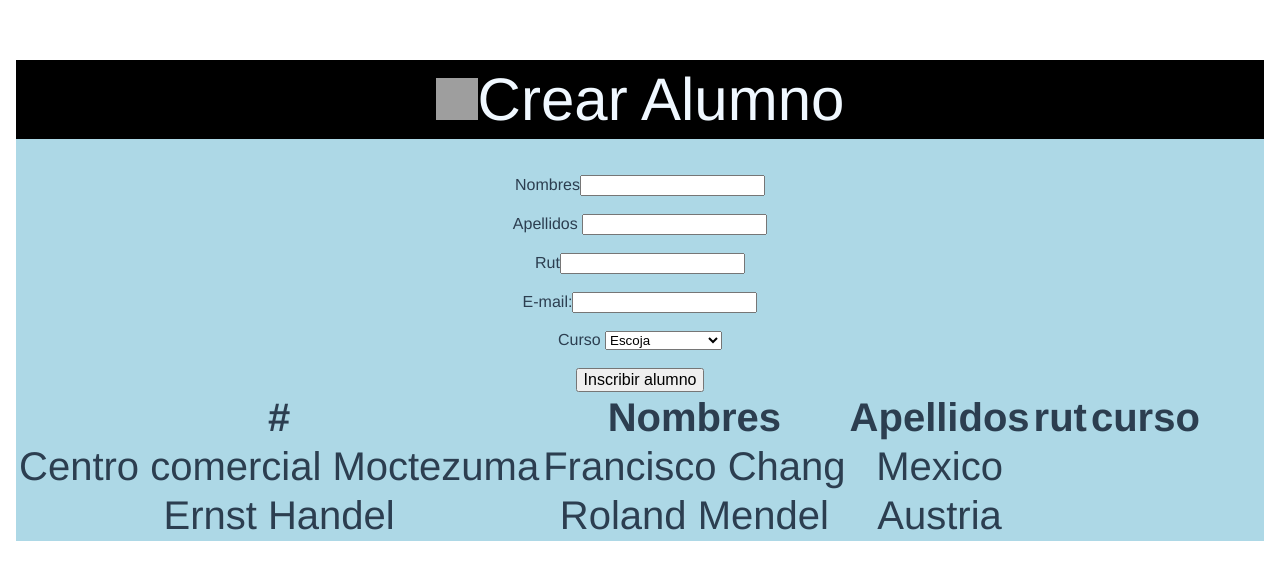
Repository: franciscamanquecheo/Tarea6ET
Page: / (app in my-project/)
These files come from the project's save history. The page is drawn as it stood at one moment and after the next save; the edit follows.
The browser window is 1280 px wide. The pictures show the whole page.
Pictures or frames that could not be fetched are drawn as grey boxes. The project was rebuilt for these pictures with package versions that can differ from the ones it lists, and the page was loaded fresh each time. Also part of the build but not shown: my-project/vue.config.js.

Above is the page before, as saved 2022-06-19 23:29:56.

After the next save:
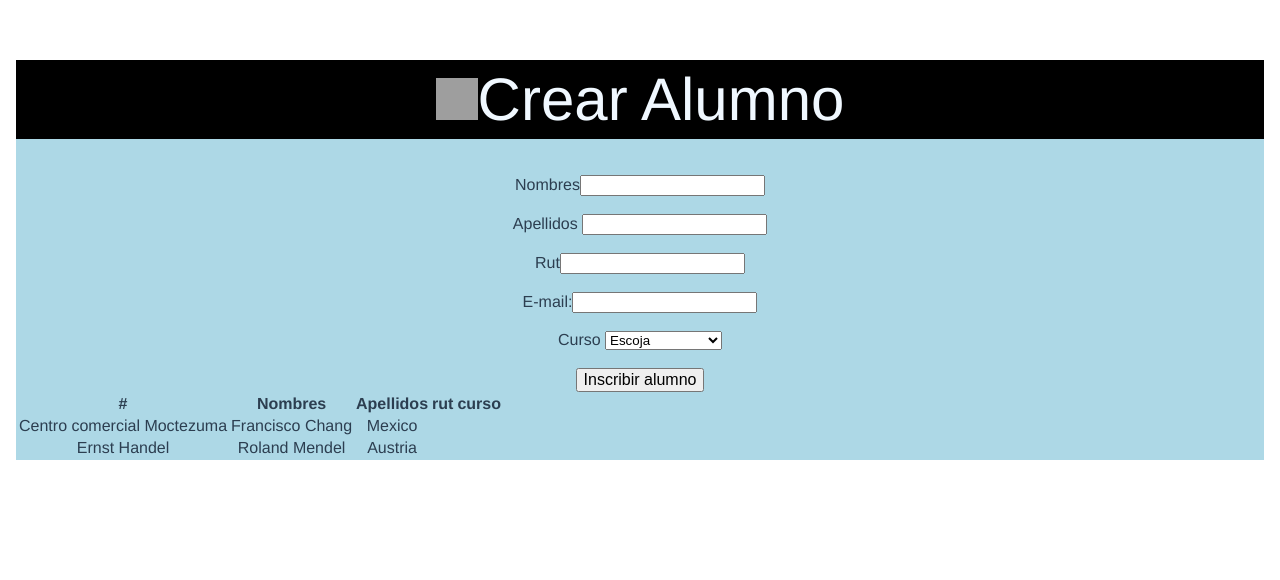
Saved 70 s later.
--- a/my-project/src/components/HelloWorld.vue
+++ b/my-project/src/components/HelloWorld.vue
@@ -26,7 +26,6 @@
           <br>
           <label for="fname">Curso </label>
           <select name="name-cursos" id="Cursos">
-
             <option value="rigatoni">Escoja</option>
            <option value="rigatoni">Artes modernas</option>
             <option value="rigatoni">Lengua</option>
@@ -40,7 +39,7 @@
           <button type="submit" class="btn btn-primary">Inscribir alumno</button>
 
       </form>
-       <table class="table">
+       <table>
     <thead>
     <tr>
       <th scope="col">#</th>
